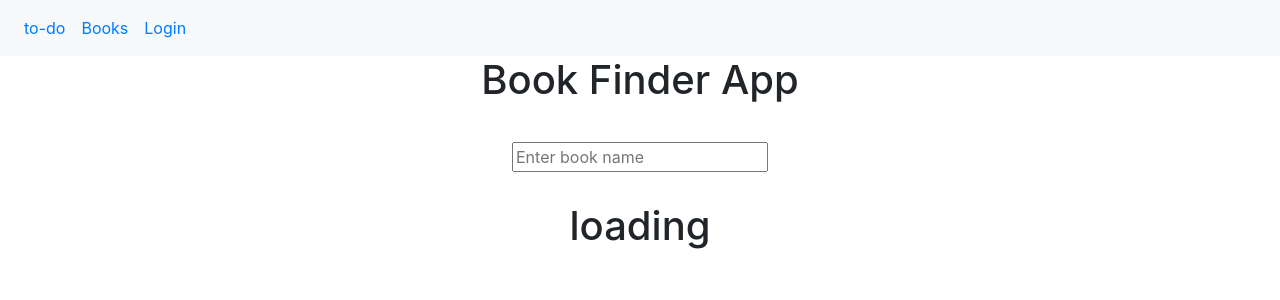
Repository: omniabadry/react-test
Page: /Books
The author's editor kept a copy of each file at every save. The page is drawn from the files as they stood at one save, then again after the next save.
The browser window is 1280 px wide. The pictures show the whole page.
The page's requests for data from a server got no answer. The project was rebuilt for these pictures with package versions that can differ from the ones it lists, and the page was loaded fresh each time. No one was signed in, and anything a server would have sent is missing.

Above is the page before, as saved 2021-02-09 14:11:26.

### src/App.js
import React from 'react';
import {Collapse,Navbar,NavbarToggler,Nav,NavItem,NavLink} from 'reactstrap';
import { BrowserRouter as Router, Link } from "react-router-dom";
import Routes from "./Routes";

function App() {

  return (
    <Router>
      <Navbar color="light" light expand="md">
        <NavbarToggler />
        <Collapse navbar>
          <Nav className="mr-auto" navbar>
            <NavItem>
              <NavLink><Link to="/ToDo">to-do</Link></NavLink>
            </NavItem>
            <NavItem>
              <NavLink><Link to="/Books">Books</Link></NavLink>
            </NavItem>
            <NavItem >
              <NavLink ><Link to="/login">Login</Link></NavLink>
            </NavItem>
          </Nav>
        </Collapse>
      </Navbar>
      <Routes/>
    </Router>
  );
}

export default App;

### src/Routes.js
import React, { Suspense } from "react";
import { Route , Switch} from "react-router-dom";

const Login = React.lazy(() => import('./components/login'));
const Books = React.lazy(() => import("./components/books"));
const ToDo = React.lazy(() => import("./components/to-do"));

export default function Routes() {
    return (
      <Suspense fallback="loading.....">
        <Switch>
          <Route path="/login" exact component={Login} />
          <Route path="/Books" exact component={Books} />
          <Route path="/ToDo" exact component={ToDo} />
        </Switch>
      </Suspense>
    );
  }

### src/components/books.js
import {
    Card, CardText, CardBody,
    CardTitle, CardSubtitle, Button
} from 'reactstrap';
import "../css/books.css"
import { axiosInstance } from "../axiosConfig"
import { useEffect, useState } from 'react';

export default function Books() {
    const [searchValue, setSearchValue] = useState("")
    const [books, setBooks] = useState()

const getBooks = ()=>{
    axiosInstance.get("", {


        params: {
            q: (searchValue ? searchValue : "keyword")
        }
    }).then((res) => {
        setBooks(res.data.items)
    })
}

    useEffect(() => {
       getBooks()
    }, [])

    useEffect(() => {
        getBooks()
    }, [searchValue])

    const handleInput = (event) => {
        setSearchValue(event.target.value)
    }



    const getCards = () => {
        if (books) {
            // console.log(books)
            let cards = []
            for (let index = 0; index < books.length; index++) {
                cards.push(
                    <Card className="col-3">
                        <CardBody>
                            <CardTitle tag="h5">{books[index]["volumeInfo"]["title"]}</CardTitle>
                            <CardSubtitle tag="h6" className="mb-2 text-muted">{books[index]["volumeInfo"]["categories"]}</CardSubtitle>
                            <CardText>{books[index]["volumeInfo"]["authors"]}</CardText>
                        </CardBody>
                    </Card>
                )
            }
            return cards
        } else {
            return (
                <h1>loading</h1>
            )
        }

    }



    return (
        <div className="container" style={{ textAlign: "center" }}>
            <h1>Book Finder App</h1>
            <input value={searchValue} onChange={handleInput} type="text" name="search" id="search" placeholder="Enter book name" />
            <div className="books col-12">
                {getCards()}
            </div>
        </div>
    )

}

### src/css/books.css
[class*="col-"] {
    float: left;
  }

.books{
    text-align: center;
}

#search{
    margin: 30px;
}

.card{
    height: 300px;
    margin: 20px;
}

### src/axiosConfig.js
import axios from "axios";

export const axiosInstance = axios.create({
  baseURL: "https://www.googleapis.com/books/v1/volumes/",
});

Loaded but not shown: public/index.html (common file); src/index.js (common file); src/index.css (common file); src/reportWebVitals.js (common file)

After the next save:
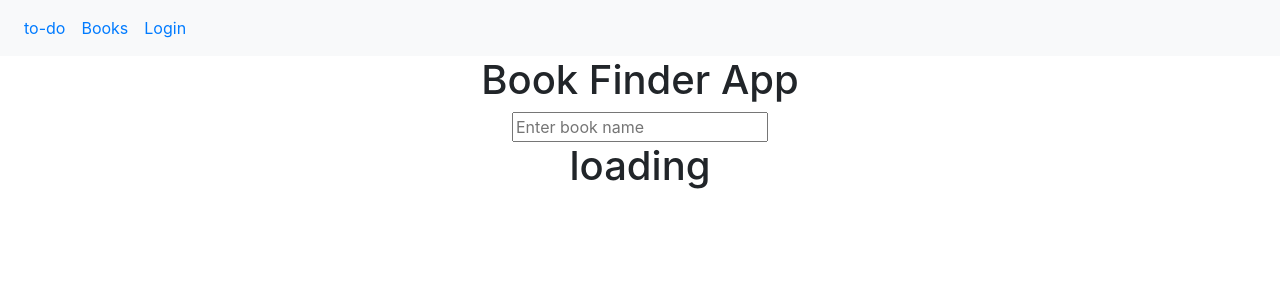
Saved 3 min 33 s later.
--- a/src/components/books.js
+++ b/src/components/books.js
@@ -2,7 +2,6 @@ import {
     Card, CardText, CardBody,
     CardTitle, CardSubtitle, Button
 } from 'reactstrap';
-import "../css/books.css"
 import { axiosInstance } from "../axiosConfig"
 import { useEffect, useState } from 'react';
 
@@ -12,7 +11,6 @@ export default function Books() {
 
 const getBooks = ()=>{
     axiosInstance.get("", {
-
 
         params: {
             q: (searchValue ? searchValue : "keyword")
